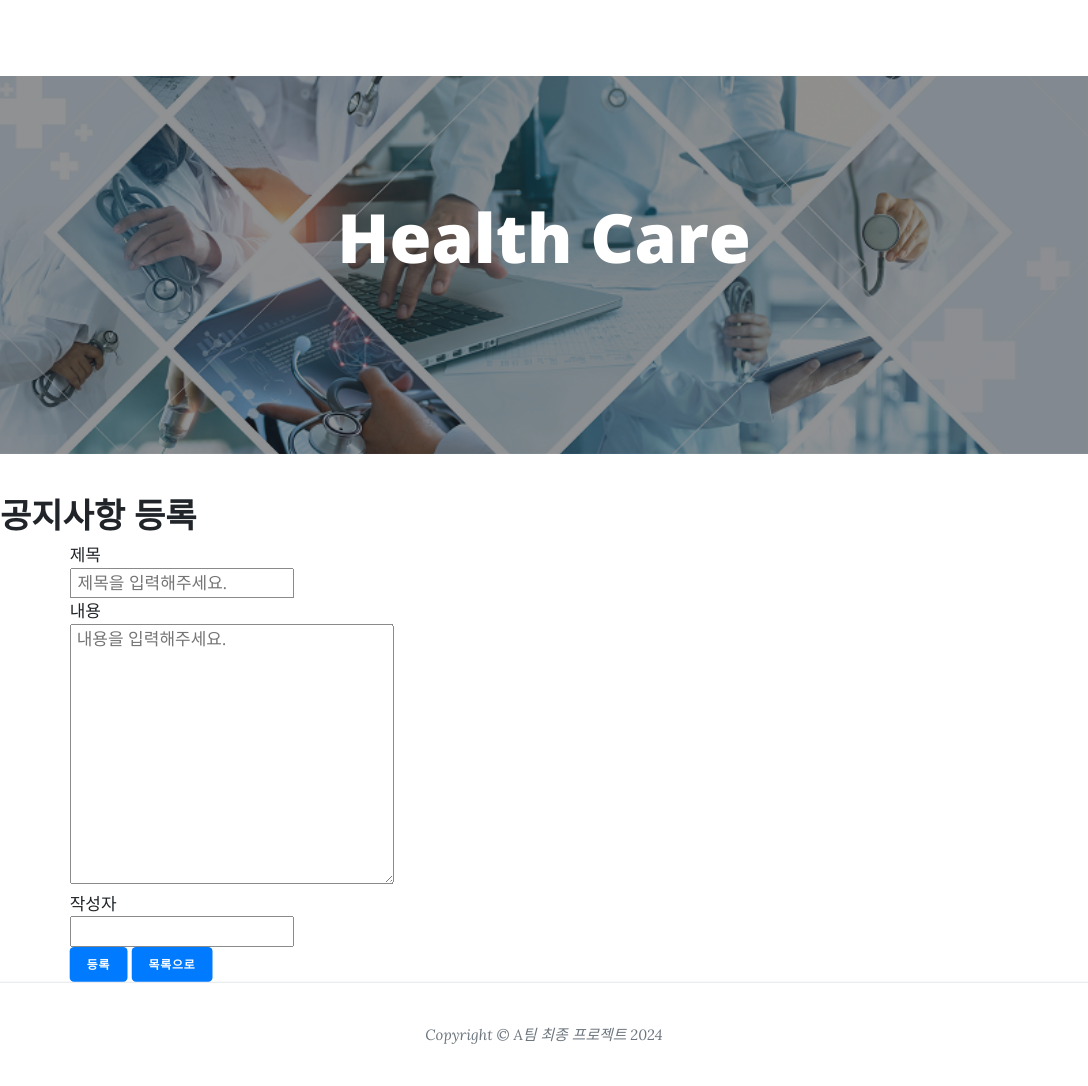
Repository: honsb91/project
Page: http://localhost/hospital/WEB-INF/views/board/notwriter.jsp
The author's editor kept a copy of each file at every save. The page is drawn from the files as they stood at one save, then again after the next save.
The browser window is 1280 px wide. The pictures show the whole page, at 85% of full size.
Some web libraries are served in a nearby version. The page is served by Tomcat 9. Nobody is signed in. The template is opened directly, without the code that normally fills it, so the values that code supplies are empty.

Above is the page before, as saved 2024-02-07 02:58:00.

After the next save:
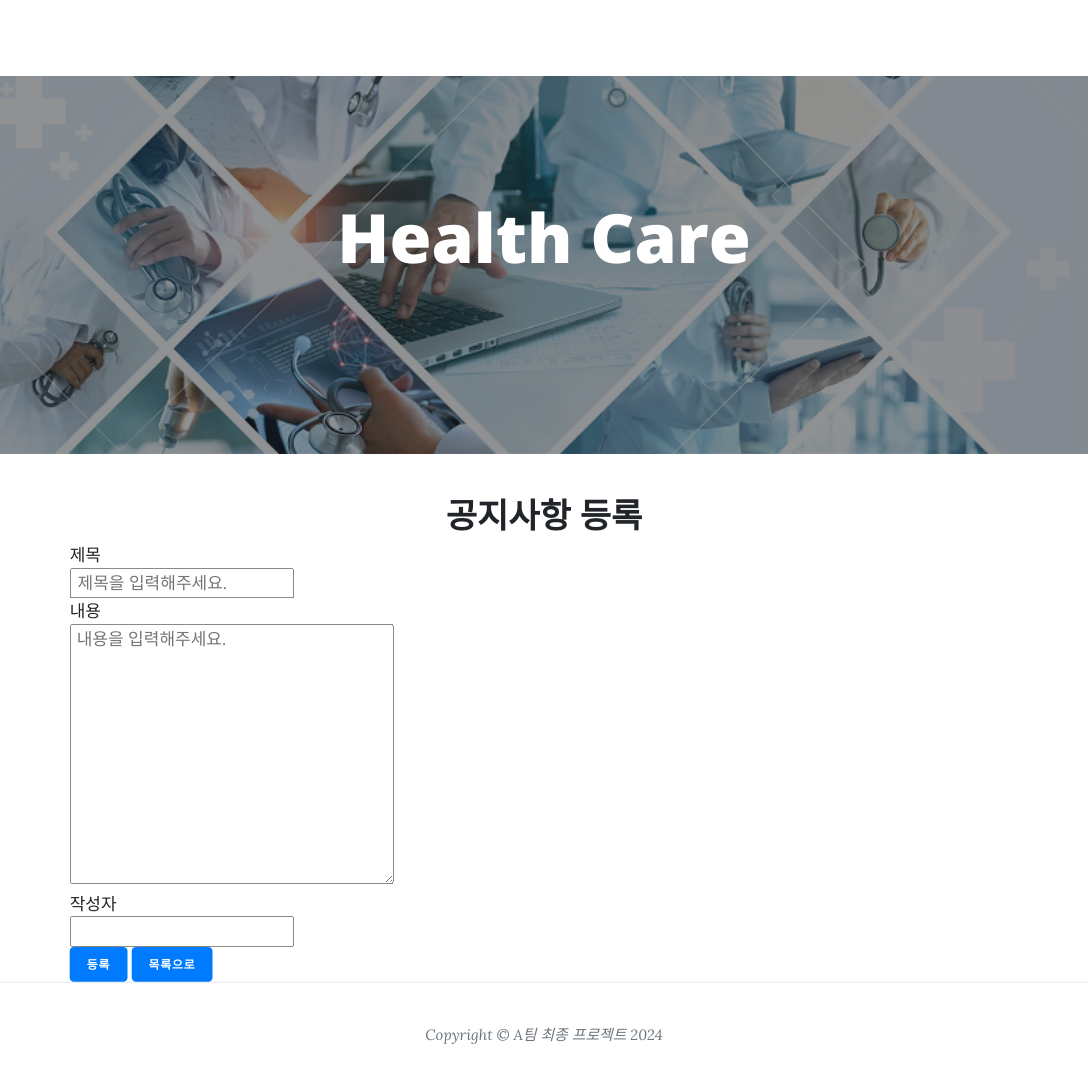
Saved 18 s later.
--- a/hospital/src/main/webapp/resources/css/board/notwriter.css
+++ b/hospital/src/main/webapp/resources/css/board/notwriter.css
@@ -1,4 +1,4 @@
-/*
+
 h1 {
     text-align: center;
 }
@@ -12,7 +12,7 @@ form {
     margin-bottom: 20px;
 }
 
-label {
+/* label {
     display: block;
     margin-bottom: 5px;
 }
